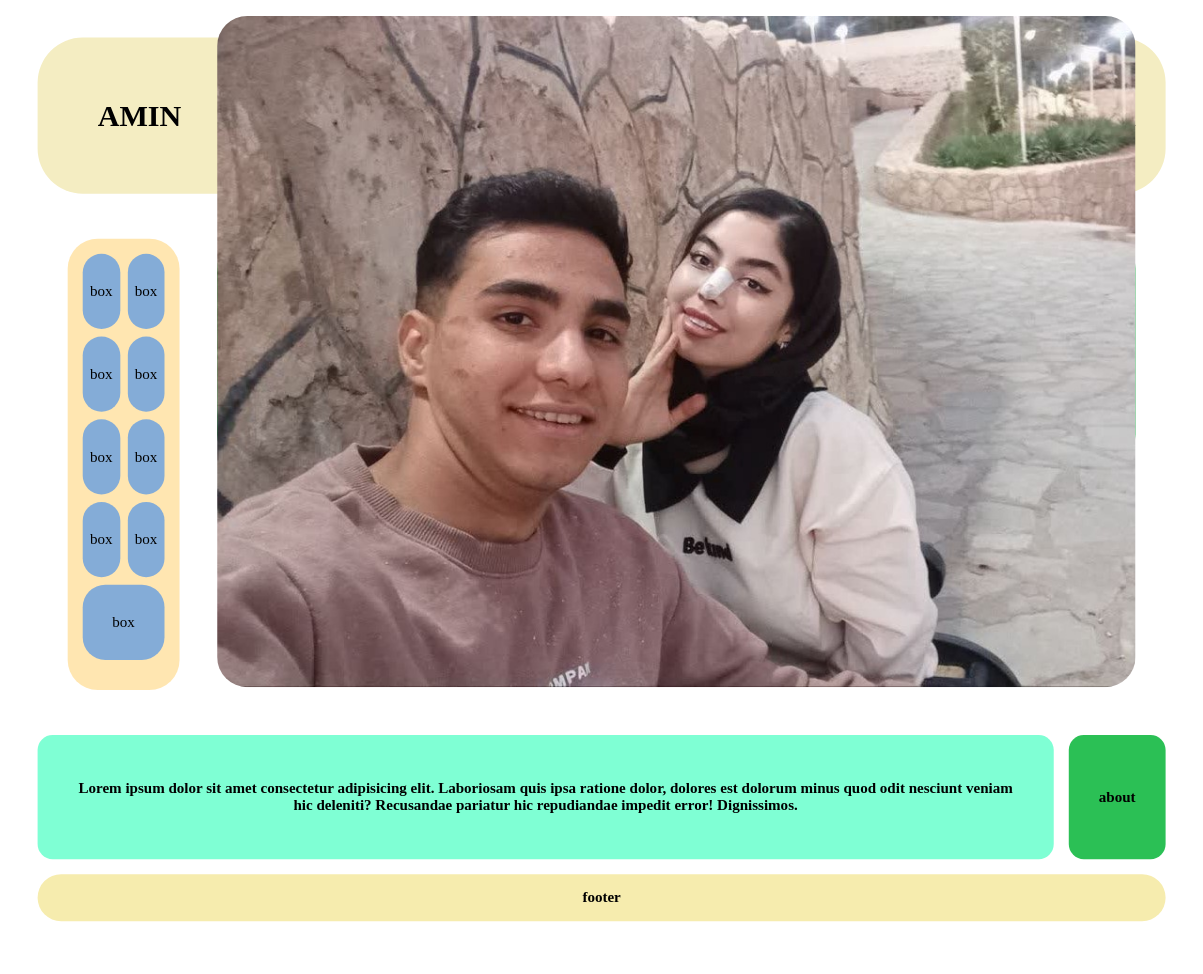
Repository: aminsheikhan/amins-github
Page: ui1.html
An editor plug-in stored every save of this project. The page is shown before and after a run of saves, followed by the edit.
The browser window is 1280 px wide. The pictures show the whole page, at 94% of full size.

Above is the page before, as saved 2026-01-07 18:07:49.

### ui1.html
<!DOCTYPE html>
<html lang="en">

<head>
    <meta charset="UTF-8">
    <meta name="viewport"">
    <title>Css Position</title>
    <link rel="stylesheet" href="./ui1.css">

</head>

<body>
    <header class="header">

        <!-- <navbar class="navbar">
            <a href="#">Home</a>
            <a href="#">Courses</a>
            <a href="#">About Me</a>

        </navbar> -->

        <h1 class="Brand">AMIN</h1>
        <h3 class="haert">❤️</h3>
        <h2 class="navbar">MOBINA</h2>

    </header>

    <div class="main">

        <div class="content">
            <div class="course-list">

                <div class="box"><span>box</span></div>
                <div class="box"><span>box</span></div>
                <div class="box"><span>box</span></div>
                <div class="box"><span>box</span></div>
                <div class="box"><span>box</span></div>
                <div class="box"><span>box</span></div>
                <div class="box"><span>box</span></div>
                <div class="box"><span>box</span></div>
                <div class="box"><span>box</span></div>

            </div>
        </div>
        <div class="sidebar">
            <!-- <span>sidebar</span> -->
            <img class="imgg"  src="one.png" alt="hourseoto">

        </div>

    </div>

    <div class="main-second">
        <div class="intro-box">
            <span>about</span>
        </div>

        <div class="about-section">
            <p>Lorem ipsum dolor sit amet consectetur adipisicing elit. Laboriosam quis ipsa ratione dolor, dolores est dolorum minus quod odit nesciunt veniam hic deleniti? Recusandae pariatur hic repudiandae impedit error! Dignissimos.</p>

        </div>

    </div>

    <div class="footer">
        <span>footer</span>
    </div>

</body>

</html>

### ui1.css
html {
    font-size: 100%;
}

body{
    padding: 2rem;
}

.header {
    background-color:#f4edc2 ;
    border-radius: 3rem;
    margin-bottom: 1rem;
    padding: 2rem;
    display: flex;
    align-items: center;
    justify-content: space-between;
}

.header .Brand {
    font-weight: bold;
    font-size: 2rem;
    margin-left: 2rem;
}

.header .haert{
    font-weight: bold;
    font-size: 2rem;
    margin-left: 2rem;
}

.header .navbar {
    font-weight: bold;
    font-size: 2rem;
    margin-left: 2rem;
}

.main {

    padding: 2rem;
    margin-bottom: 1rem;
    border-radius: 3rem;
    display: flex;
    gap: 2.5rem;
}

.sidebar{
    background-color: #2bc055;
    flex-basis: 30%;
    display: flex;
    justify-content: center;
    align-items: center;
    font-size: 1rem;
    font-weight: bold;
    border-radius: 2rem;
    max-width: ;
    max-height: 15rem;
}

.content{
    background-color: rgba(255, 223, 155, 0.779);
    padding: 1rem;
    flex-basis: 70%;
    border-radius: 2rem;
}

.content .course-list{

    flex-wrap: wrap ;
    margin-bottom: 1rem;
    display: flex;
    gap: 0.5rem;
}

.content .course-list .box{
    background-color: rgba(0, 110, 255, 0.483);
    flex-grow: 1;
    display: flex;
    justify-content: center;
    align-items: center;
    height: 5rem;
    border-radius: 1.5rem;
    flex-basis: calc(33.33% - 0.5rem);
}

.main-second {

    margin-bottom: 1rem;
    display: flex;
    flex-direction: row-reverse;
    gap: 1rem;
    text-align: center;

}

.imgg{
    min-height: 100%;
    min-width: 100%;
    border-radius: 2rem;
}

.intro-box{
    background-color: #2bc055;
    padding: 2rem;
    border-radius: 1rem;
    font-weight: bold;
    display: flex;
    align-items: center;
    justify-content: center;
}

.about-section{
    background-color: aquamarine;
    padding: 2rem;
    border-radius: 1rem;
    font-weight: bold;
    display: flex;
    align-items: center;
    justify-content: center;
}

.footer{
    background-color:#f6ecae ;
    margin-bottom: 1rem;
    padding: 1rem;
    text-align: center;
    border-radius: 2rem;
    font-weight: bold;
    justify-content: center;
}

After the next 4 saves:
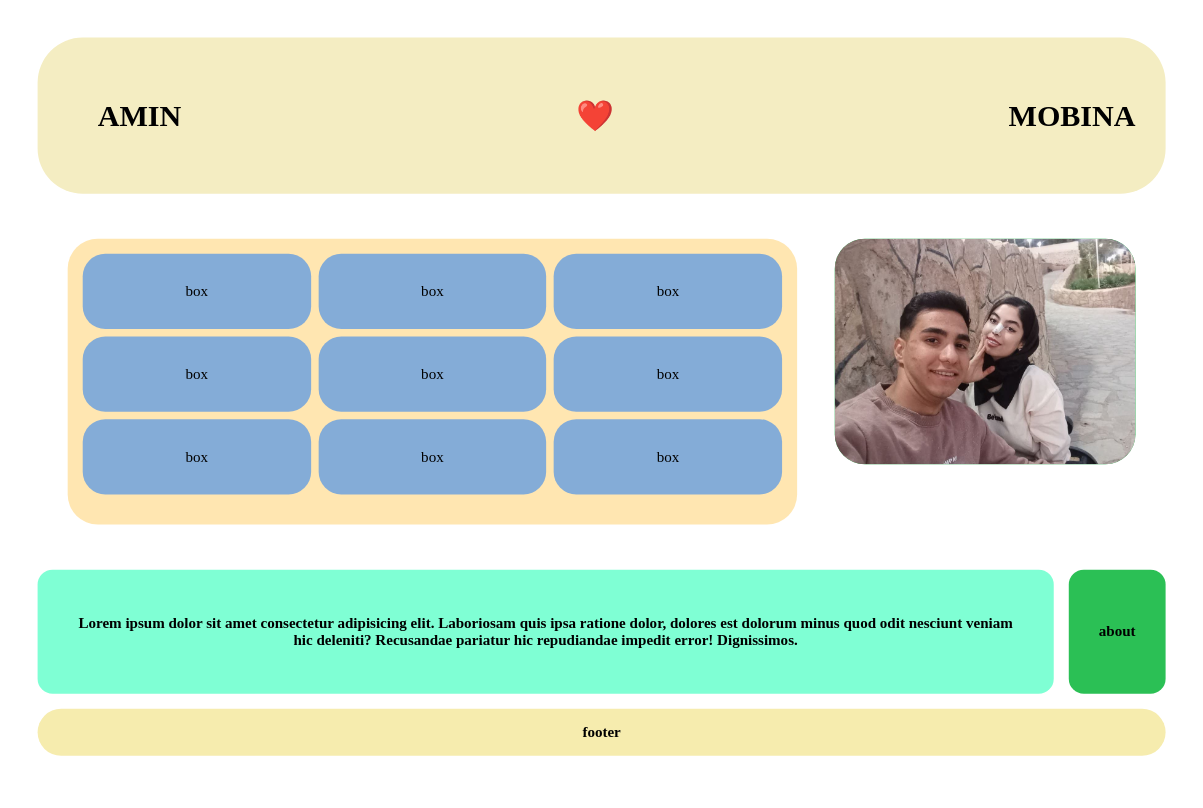
The 4 saves are shown as one change because they came seconds apart.
The last was saved 91 s later.
--- a/ui1.css
+++ b/ui1.css
@@ -52,7 +52,7 @@ body{
     font-size: 1rem;
     font-weight: bold;
     border-radius: 2rem;
-    max-width: ;
+    max-width: 20rem;
     max-height: 15rem;
 }
 
